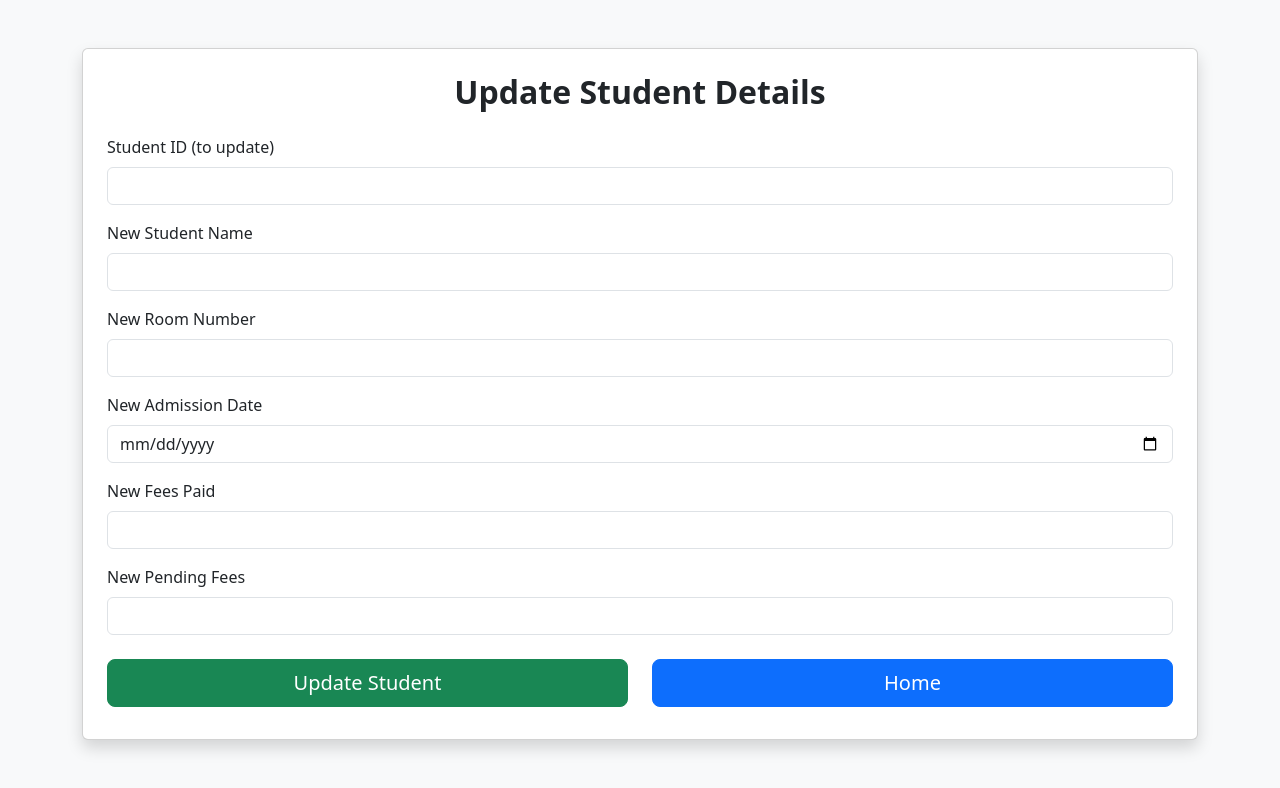
Repository: Keerthana2M/Hostel-Management-system
Page: http://localhost/Hostelweb/studentupdate.jsp
An editor plug-in stored every save of this project. The page is shown before and after the next save, followed by the edit.
The browser window is 1280 px wide. The pictures show the whole page.
The page is served by Tomcat 9.

Above is the page before, as saved 2025-05-29 16:25:21.

After the next save:
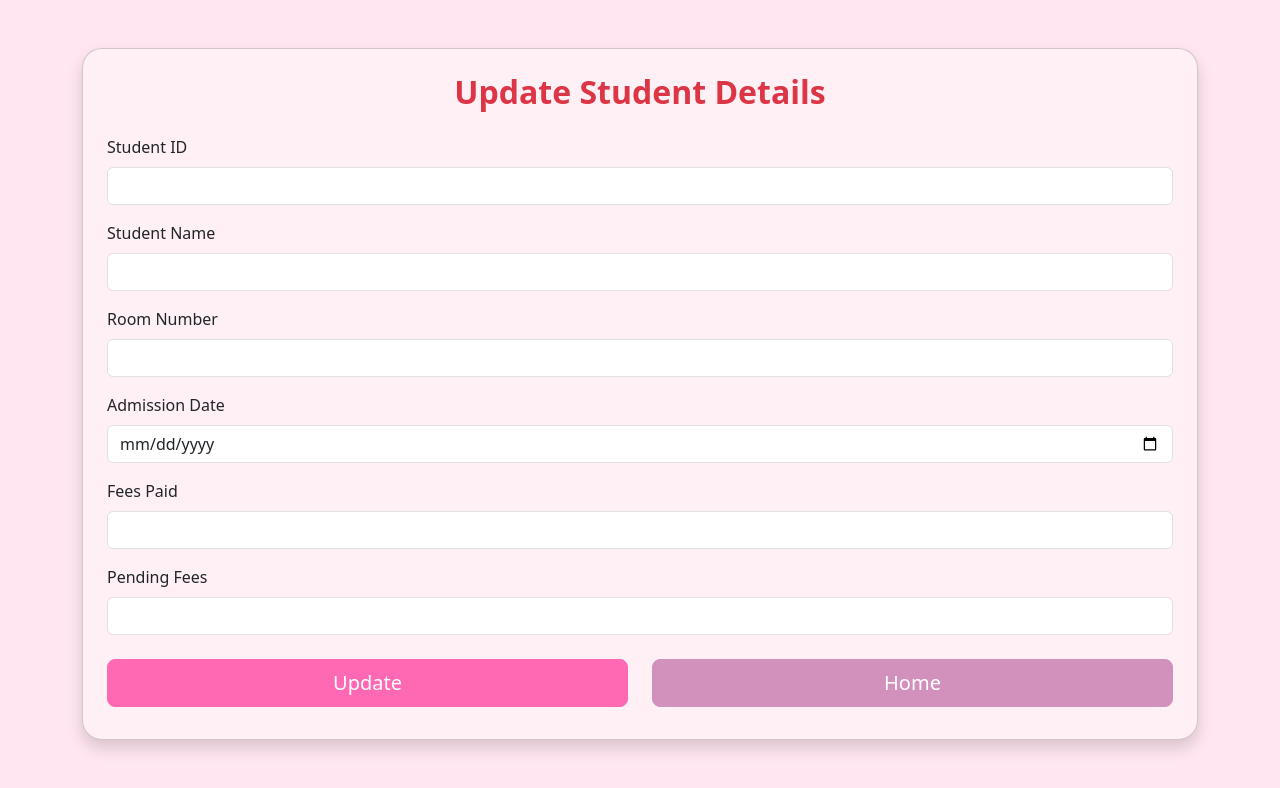
Saved 54 s later.
--- a/Hostelweb/src/main/webapp/studentupdate.jsp
+++ b/Hostelweb/src/main/webapp/studentupdate.jsp
@@ -4,70 +4,94 @@
 <head>
     <title>Update Student</title>
     <link href="https://cdn.jsdelivr.net/npm/bootstrap@5.3.0/dist/css/bootstrap.min.css" rel="stylesheet">
+    <style>
+        body {
+            background-color: #ffe6f0;
+        }
+        .card {
+            background-color: #fff0f5;
+            border-radius: 20px;
+        }
+        .btn-success {
+            background-color: #ff69b4;
+            border-color: #ff69b4;
+        }
+        .btn-success:hover {
+            background-color: #ff1493;
+            border-color: #ff1493;
+        }
+        .btn-primary {
+            background-color: #d291bc;
+            border-color: #d291bc;
+        }
+        .btn-primary:hover {
+            background-color: #c06c84;
+            border-color: #c06c84;
+        }
+        .alert-info {
+            background-color: #ffc1e3;
+            color: #6b0e45;
+            border: none;
+        }
+    </style>
 </head>
-<body class="bg-light">
+<body>
 <div class="container py-5">
     <div class="card shadow p-4">
-        <h2 class="mb-4 text-center fw-bold">Update Student Details</h2>
+        <h2 class="mb-4 text-center fw-bold text-danger">Update Student Details</h2>
 
         <form action="UpdateStudentServlet" method="post" class="needs-validation" novalidate>
             <div class="mb-3">
-                <label for="id" class="form-label">Student ID (to update)</label>
+                <label for="id" class="form-label">Student ID</label>
                 <input type="number" class="form-control" id="id" name="id" required min="1">
                 <div class="invalid-feedback">Please provide Student ID.</div>
             </div>
 
             <div class="mb-3">
-                <label for="name" class="form-label">New Student Name</label>
+                <label for="name" class="form-label">Student Name</label>
                 <input type="text" class="form-control" id="name" name="name" required maxlength="100">
                 <div class="invalid-feedback">Please provide student name.</div>
             </div>
 
             <div class="mb-3">
-                <label for="roomNumber" class="form-label">New Room Number</label>
+                <label for="roomNumber" class="form-label">Room Number</label>
                 <input type="text" class="form-control" id="roomNumber" name="roomNumber" required maxlength="10">
                 <div class="invalid-feedback">Please provide room number.</div>
             </div>
 
             <div class="mb-3">
-                <label for="admissionDate" class="form-label">New Admission Date</label>
+                <label for="admissionDate" class="form-label">Admission Date</label>
                 <input type="date" class="form-control" id="admissionDate" name="admissionDate" required>
                 <div class="invalid-feedback">Please provide admission date.</div>
             </div>
 
             <div class="mb-3">
-                <label for="feesPaid" class="form-label">New Fees Paid</label>
+                <label for="feesPaid" class="form-label">Fees Paid</label>
                 <input type="number" step="0.01" class="form-control" id="feesPaid" name="feesPaid" required min="0">
                 <div class="invalid-feedback">Please provide fees paid.</div>
             </div>
 
             <div class="mb-3">
-                <label for="pendingFees" class="form-label">New Pending Fees</label>
+                <label for="pendingFees" class="form-label">Pending Fees</label>
                 <input type="number" step="0.01" class="form-control" id="pendingFees" name="pendingFees" required min="0">
                 <div class="invalid-feedback">Please provide pending fees.</div>
             </div>
 
             <div class="row mt-4">
                 <div class="col-md-6 mb-2">
-                    <button type="submit" class="btn btn-success btn-lg w-100">Update Student</button>
+                    <button type="submit" class="btn btn-success btn-lg w-100">Update</button>
                 </div>
                 <div class="col-md-6 mb-2">
-
                     <a href="index.jsp" class="btn btn-primary btn-lg w-100">Home</a>
                 </div>
             </div>
         </form>
 
-        <!-- Success message display -->
-        <%
-            String message = (String) session.getAttribute("message");
-            if (message != null) {
-        %>
-            <div class="alert alert-info mt-3"><%= message %></div>
-        <%
-                session.removeAttribute("message"); // show only once
-            }
-        %>
+        <% if (request.getAttribute("message") != null) { %>
+            <div class="alert alert-info mt-3 text-center fw-bold">
+                <%= request.getAttribute("message") %>
+            </div>
+        <% } %>
     </div>
 </div>
 
